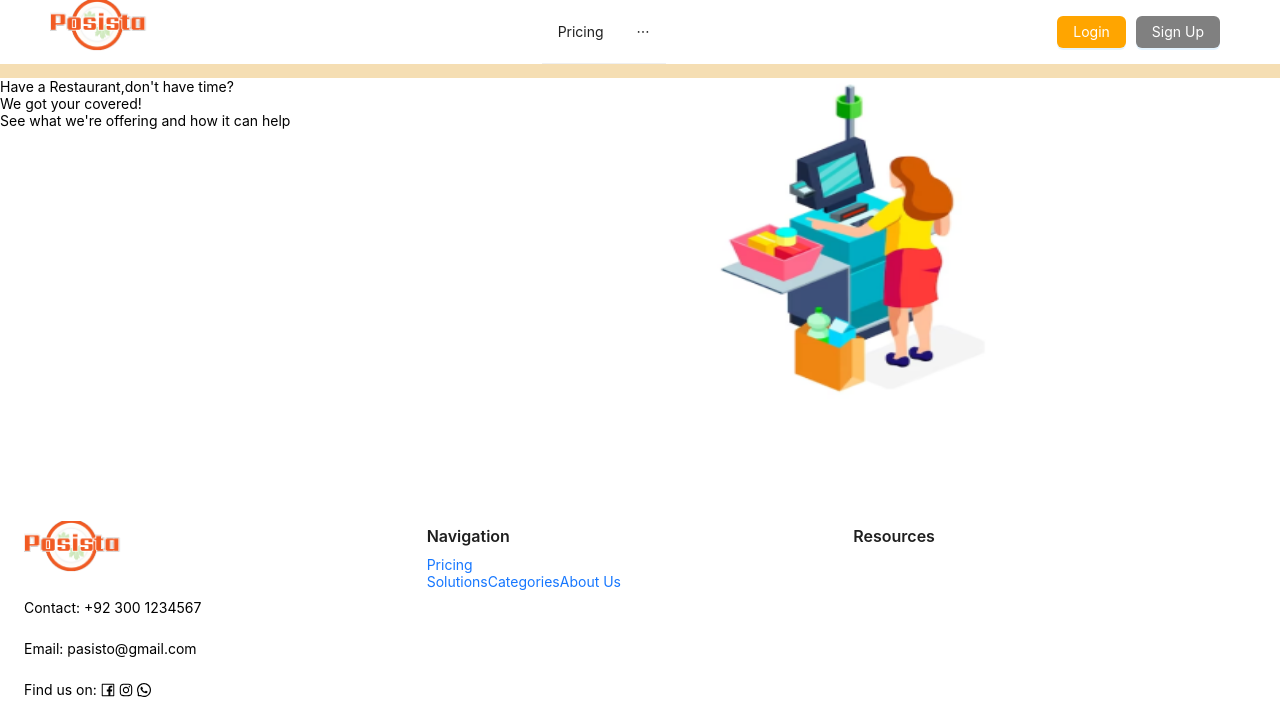
Repository: usmanarshad90/Posista
Page: / (app in test/)
An editor plug-in stored every save of this project. The page is shown before and after a run of saves, followed by the edit.
The browser window is 1280 px wide. The pictures show the whole page.
The project was rebuilt for these pictures with package versions that can differ from the ones it lists, and the page was loaded fresh each time. Also part of the build but not shown: test/src/components/Pricing/Pricing.jsx, test/src/components/Solution/Solutions.jsx, test/src/components/About/AboutUs.jsx, test/src/components/login/login.jsx, test/src/components/signup/signup.jsx.

Above is the page before, as saved 2023-11-28 14:30:09.

After the next 3 saves:
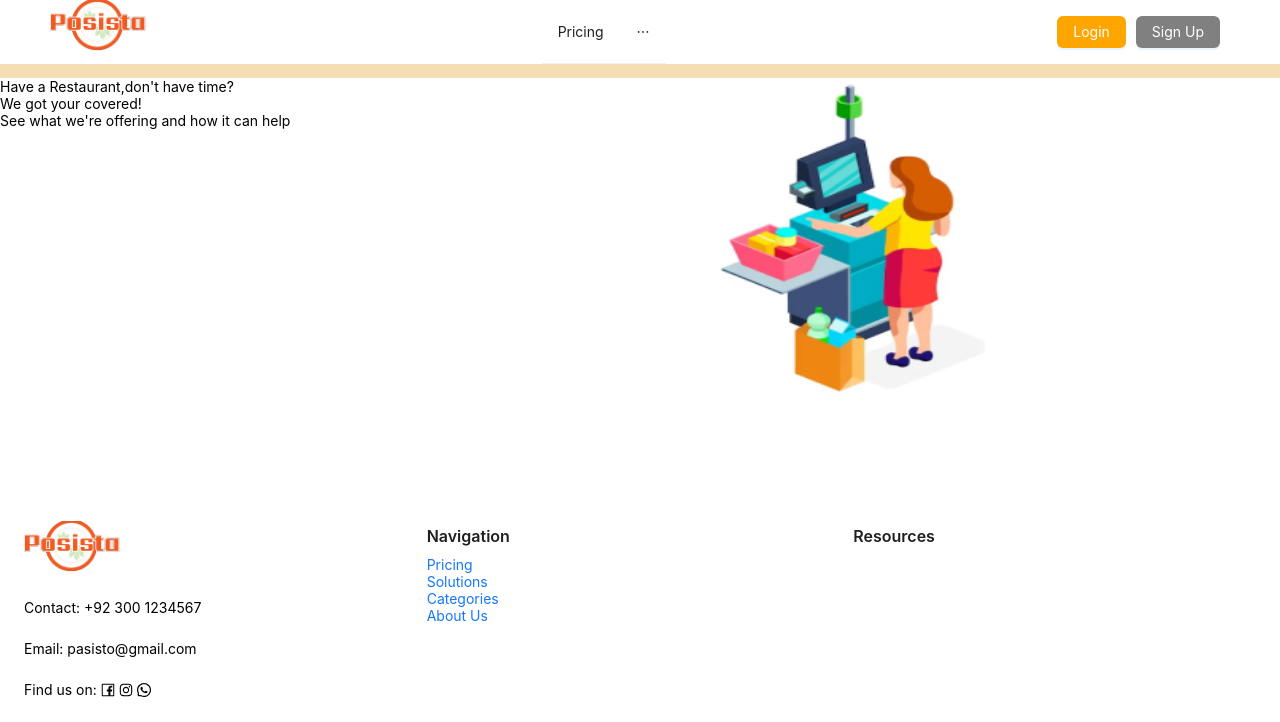
The 3 saves are shown as one change because they came seconds apart.
The last was saved 12 s later.
--- a/test/src/components/Footer/Footer.jsx
+++ b/test/src/components/Footer/Footer.jsx
@@ -41,9 +41,9 @@ const Footer = () => {
       <Link to={'/pricing'} >Pricing</Link> <br />
 
 
-      <Link to={'/solution'} >Solutions</Link>
-      <Link to={'/about'} >Categories</Link>
-      <Link to={'/about'} >About Us</Link>
+      <Link to={'/solution'} >Solutions</Link><br />
+      <Link to={'/about'} >Categories</Link><br />
+      <Link to={'/about'} >About Us</Link><br />
 
 
       </Col>
